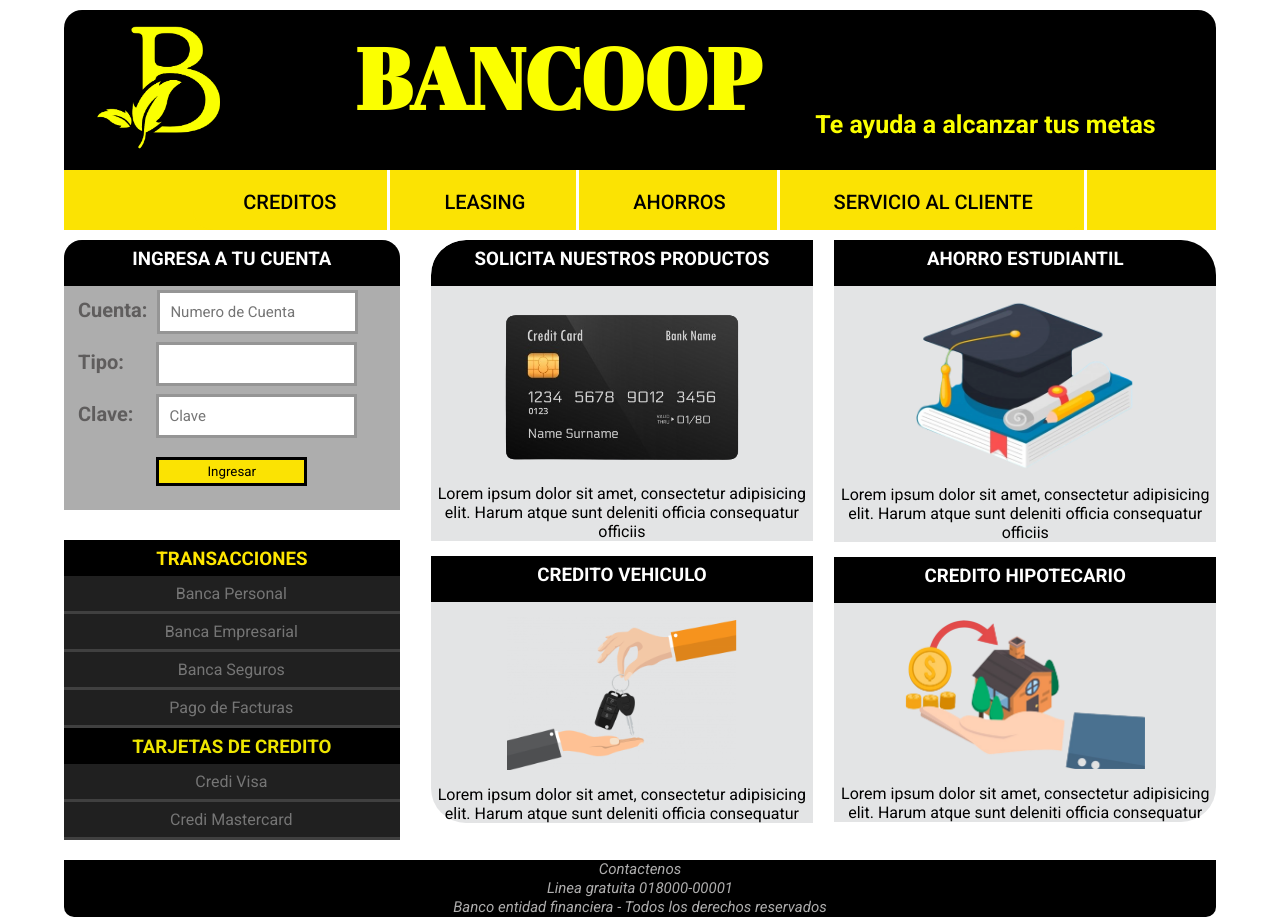
Repository: NickArregoces/BANCOOP
Page: Index.html
The author's editor kept a copy of each file at every save. The page is drawn from the files as they stood at one save, then again after the next save.
The browser window is 1280 px wide. The pictures show the whole page.

Above is the page before, as saved 2021-10-15 10:54:54.

### Index.html
<!DOCTYPE html>
<html lang="en">
<head>
    <meta charset="UTF-8">
    <meta http-equiv="X-UA-Compatible" content="IE=edge">
    <meta name="viewport" content="width=device-width, initial-scale=1.0">
    <title>BANCOOP Home</title>
    <bgsound src="musica.mid"></bgsound>
    <link rel="stylesheet" href="/CSS/Style.css">
    <link href="https://fonts.googleapis.com/css2?family=Roboto:ital,wght@0,100;0,300;0,400;0,500;0,700;0,900;1,100;1,300;1,400;1,500;1,700;1,900&display=swap" rel="stylesheet">
    <link rel="preconnect" href="https://fonts.googleapis.com">
    <link rel="preconnect" href="https://fonts.gstatic.com" crossorigin>
    <link href="https://fonts.googleapis.com/css2?family=Abril+Fatface&display=swap" rel="stylesheet">

</head>
<body>
    <header>
            <div class="image">
                <img src="/Images/logo1.png" alt="logo">
            </div>
            <div class="title" >
                <h1>BANCOOP</h1>
                <h3>Te ayuda a alcanzar tus metas</h3>
            </div>

    </header>

    <nav class="barra"></nav>

            <div class="navegador">
                <ul class="menu">
                    <li><a href="/Creditos.html">Creditos</a></li>
                    <li><a href="/Leasing.html">leasing</a></li>
                    <li><a href="/Ahorros.html">Ahorros</a></li>
                    <li><a href="/Servicio.html">Servicio al cliente</a></li>
                </ul>
            </div>


            <div class="section">
                <form action="" class="login">
                    <h3 style="color: rgb(255, 255, 255);">INGRESA A TU CUENTA</h3>
                        <div class="cuenta">
                            <h4>Cuenta:<input type="number" placeholder="Numero de Cuenta" required></h4>
                        </div>

                        <div class="tipo">
                            <h4>Tipo:<input type="text" required></h4>
                        </div>

                        <div class="clave">
                            <h4>Clave:<input type="password" placeholder="Clave" required></h4>
                        </div>

                    <div class="center">
                        <button class="sumbit"> Ingresar </button>
                    </div>

                </form>

                <article class="opciones">
                    <h3 style="color: rgb(255, 230, 0);">TRANSACCIONES</h3>
                    <li><a href="#">Banca Personal</a></li>
                    <li><a href="#">Banca Empresarial</a></li>
                    <li><a href="#">Banca Seguros</a></li>
                    <li><a href="#">Pago de Facturas</a></li>

                    <h3 style="color: rgb(238, 230, 0);">TARJETAS DE CREDITO</h3>
                    <li><a href="#">Credi Visa</a></li>
                    <li><a href="#">Credi Mastercard</a></li>
                </article>
            </div>

                <aside>
                    <div class="solicita">
                        <h3 style="color: rgb(255, 255, 255);">SOLICITA NUESTROS PRODUCTOS</h3>

                        <div id="Prueba">
                        <img id="Prubea" src="/Images/credit.png" alt="">
                        </div>

                        <p>Lorem ipsum dolor sit amet, consectetur adipisicing elit.
                            Harum atque sunt deleniti officia consequatur officiis</p>
                    </div>

                    <div class="ahorro">
                        <h3 style="color: rgb(255, 255, 255);">AHORRO ESTUDIANTIL</h3>

                        <div id="Prueba">
                        <img id="Prubea" src="/Images/Captura de pantalla 2021-10-04 181948.png" alt="">
                        </div>

                        <p>Lorem ipsum dolor sit amet, consectetur adipisicing elit.
                            Harum atque sunt deleniti officia consequatur officiis</p>
                    </div>

                    <div class="credito">
                        <h3 style="color: rgb(255, 255, 255);">CREDITO VEHICULO</h3>

                        <div id="Prueba">
                        <img id="Prubea" src="/Images/Captura de pantalla 2021-10-04 192824.png" alt="">
                        </div>

                        <p>Lorem ipsum dolor sit amet, consectetur adipisicing elit.
                            Harum atque sunt deleniti officia consequatur</p>
                    </div>
                    <div class="hipotecario">
                        <h3 style="color: rgb(255, 255, 255);">CREDITO HIPOTECARIO</h3>

                        <div id="Prueba">
                        <img id="Prubea" src="/Images/Wallpaper(80).jpg" alt="">
                        </div>

                        <p>Lorem ipsum dolor sit amet, consectetur adipisicing elit.
                            Harum atque sunt deleniti officia consequatur </p>
                    </div>
                </aside>

            <footer>
                    <p>Contactenos</p>
                    <p>Linea gratuita 018000-00001</p>
                    <p>Banco entidad financiera
                    - Todos los derechos reservados</p>
            </footer>

        </div>

</body>
</html>

### CSS/Style.css

*{
    margin: 0 auto;
    padding: 0;
    list-style:none;
    font-family: 'Roboto', sans-serif;
}
body{
    font-family: Arial, Helvetica, sans-serif;
    background: rgb(255, 255, 255);
    width: 90%;
    color: rgb(0, 0, 0);
}
header{
    display: flex;
    justify-content: space-around;
    padding: 10px 0px;
    margin-top: 10px;
    background:rgb(0, 0, 0);
    border-top-left-radius:  18px;
    border-top-right-radius:  18px;
    height: 120px;
}
    /*Logo*/
    .image img{
        float: left;
        width: 130px;
        cursor: pointer;
        /*margin-left: 330px;
        margin-top: 5px;*/
    }
    header .title h1{
        width: 400px;
        height: 90px;
        margin-left: 70px;
        font-family: 'Abril Fatface', cursive;
        font-size: 85px;
        text-align: center;
        color: rgb(251, 255, 0);
    }

    header .title h3{
        width: 400px;
        margin-left: 500px;
        font-size: 25px;
        text-align: center;
        color: rgb(251, 255, 0);
    }

nav.barra{
    background: rgb(0, 0, 0);
    height: 20px;
}
div.navegador{
    background: rgb(251, 227, 3);
    justify-content: space-around;
    align-items: center;
    display:flex
}
    ul.menu{
        border-bottom-left-radius: 20px 20px;
        border-bottom-right-radius: 20px 20px;
        background: rgb(251, 227, 3);
        height: 60px;
        list-style: none;
        padding: 0;
        max-width: 10000px;
    }
    .menu a{
        height: 20px;
        font-size: 20px;
        font-weight: 500;
        margin-right: 1px;
        text-transform: uppercase;
        text-decoration: none;
        color:black;
        padding: 20px;
        display: inline-block;
        transition: all 0.3s;
    }
    .menu li {
        border-right: solid white;
        display: inline-block;
        padding: 0px 30px;
        list-style: none;

        }
    .menu a:hover{
        background: #8d8405b6;
        color: white;
        border-radius: 10px;
        padding: 10px 18px;
        }

.section{
    width: 30%;
    float: left;
    display: flex;
    flex-flow: row wrap;
}
    /*Formulario Login*/
    form{
        background: rgb(173, 173, 173);
        border-top-left-radius: 18px;
        border-top-right-radius: 18px;
        margin-top: 10px;
        margin-right:10px;
        margin-bottom: 10px;
        width: 100%;
        height: 270px;
    }
        form h3{
            text-align: center;
            background: black;
            height: 30px;
            padding: 8px;
            border-top-left-radius: 18px;
            border-top-right-radius: 18px;
        }
        form h4{
            font-size: 20px;
            padding: 4px;
            margin-left: 10px;
            color: rgb(95, 93, 93);

        }
        form input{
            font-size: 15px;
            width: 55%;
            padding: 10px;
            display: inline;
            border: solid rgb(149, 149, 149);
            margin-left: 10px;
        }
        div.clave input {
            margin-left: 23px;
        }
        div.tipo input {
            margin-left: 32px;
        }
        div.center{
            margin-top: 10px;
            margin: auto;
            text-align: center;
            width: 50%;
            cursor: pointer;
        }
        button{
            margin-top: 15px;
            width: 90%;
            padding: 4px;
            background: rgb(251, 227, 3);
            border: solid black;
            cursor: pointer;
        }
        button:hover{
            background: #000000;
            color: rgb(251, 227, 3);
            border-radius: 8px;
        }
    /*Menu lateral*/
    article {
        width: 100%;
        height: 300px;
        background: rgb(32, 32, 32);
        margin-top: 20px;
        margin-right:10px;
        margin-bottom: 10px;
    }
        article h3{
            text-align: center;
            padding: 8px;
            height: 20px;
            background: black;
        }
        .opciones li a{
            font-size: 16px;
            margin-right: 1px;
            text-align: center;
            text-decoration: none;
            color:rgb(117, 117, 117);
            padding: 8px;
            display: inline-block;
        }
        .opciones li {
            border-bottom: solid rgba(68, 68, 68, 0.897);
            text-align: center;
            display:inline-flexbox;
            }
        .opciones li a:hover{
            background: #242323b6;
            color: rgb(251, 227, 3);
            padding: 10px;
            }

    /*Servicios*/
aside{
    width: 69%;
    height: 610px;
    margin-top: 10px;
    float: right;
    margin-bottom: 10px;

}
    div.solicita{
        width: 48%;
        float: left;
        border-top-left-radius: 35px;
        margin-left: 10px;
        background: #e3e4e5;
        text-align:center;
        overflow:hidden;
    }
    /*Centrado Imagenes aside*/
    #Prueba{
        display: flex;
        align-items: center;
        justify-content: center;
    }
        div.solicita img {
            width: 250px;
            margin-top: 15px;
            margin-bottom: 15px;
            cursor:pointer;
        }
        /*Efecto Imagenes aside*/
        aside img:hover{
            -webkit-transform:scale(1.1);
            transform:scale(1.1);
        }
        div.solicita h3{
            text-align: center;
            background: black;
            height: 30px;
            padding: 8px;
            border-top-left-radius: 35px;
        }
        div.solicita p{
            display: inline-block;
            text-align: center;
        }

    div.ahorro {
        width: 48%;
        float: right;
        border-top-right-radius: 35px;
        margin-left: 10px;
        background: #e3e4e5;
    }
        div.ahorro img {
            width: 220px;
            margin-top: 15px;
            margin-bottom: 15px;
            cursor:pointer;
        }
        div.ahorro h3{
            text-align: center;
            background: black;
            height: 30px;
            padding: 8px;
            border-top-right-radius: 35px;
        }
        div.ahorro p{
            display: inline-block;
            text-align: center;
        }

    div.credito {
        width: 48%;
        float: left;
        margin-top: 15px;
        border-bottom-left-radius: 35px;
        margin-left: 10px;
        background: #e3e4e5;
    }
        div.credito img {
            width: 230px;
            margin-top: 15px;
            margin-bottom: 15px;
            cursor:pointer;
        }
        div.credito h3{
            text-align: center;
            background: black;
            height: 30px;
            padding: 8px;
        }
        div.credito p{
            display: inline-block;
            text-align: center;
        }

    div.hipotecario {
        width: 48%;
        float: right;
        border-top-right-radius: 35px;
        border-bottom-right-radius: 35px;
        margin-top: 15px;
        background: #e3e4e5;
        }
            div.hipotecario img {
                width: 240px;
                margin-top: 15px;
                margin-bottom: 15px;
                cursor:pointer;
            }
            div.hipotecario h3{
                text-align: center;
                background: black;
                height: 30px;
                padding: 8px;
            }
            div.hipotecario p{
                display: inline-block;
                text-align: center;
            }

    /*Pie de Pagina*/
footer{
    background: black;
    clear: both;
    border-bottom-left-radius: 10px;
    border-bottom-right-radius: 10px;
}
    footer p{
        font-size: 15px;
        text-align: center;
        line-height: 15px;
        color: rgb(175, 174, 174);
        font-style:italic;
        padding: 2px;
    }

After the next save:
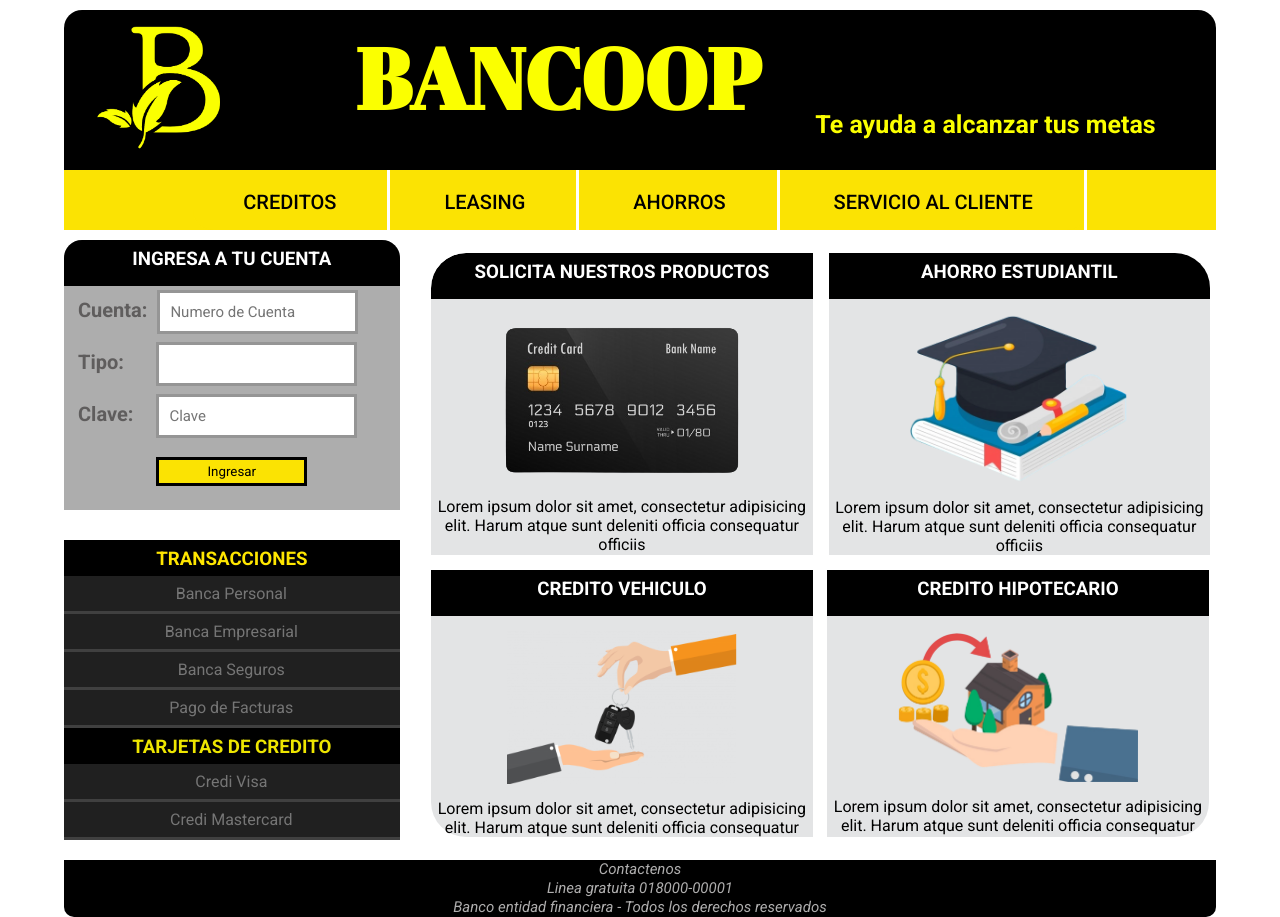
Saved 37 s later.
--- a/CSS/Style.css
+++ b/CSS/Style.css
@@ -200,7 +200,9 @@ aside{
     margin-top: 10px;
     float: right;
     margin-bottom: 10px;
-
+    display: flex;
+    flex-flow: row wrap;
+    align-content: center;
 }
     div.solicita{
         width: 48%;
